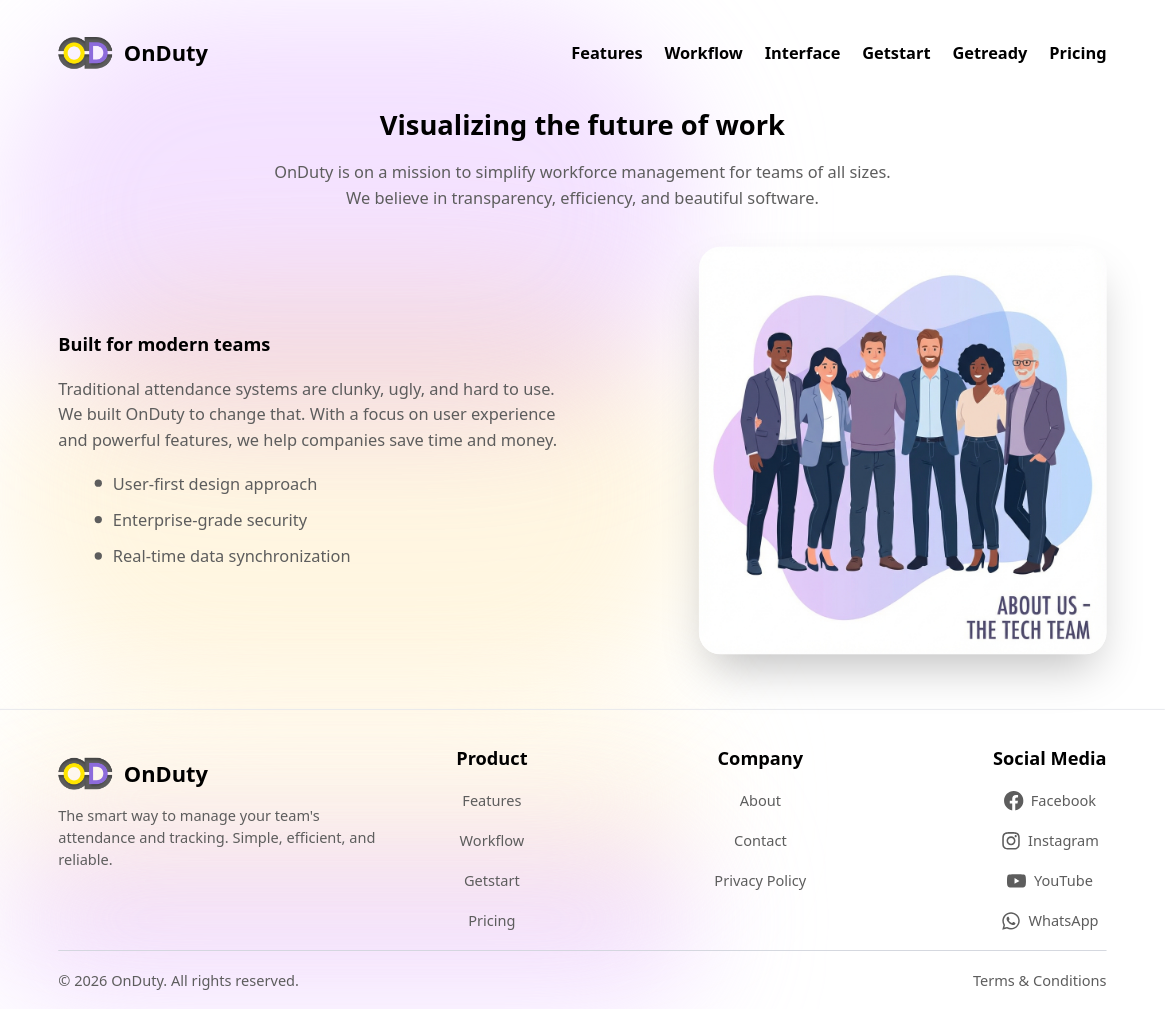
Repository: shekharzorin/ONDUTY-V1
Page: /about
These files come from the project's save history. The page is drawn as it stood at one moment and after the next save; the edit follows.
The browser window is 1280 px wide. The pictures show the whole page, at 91% of full size.
The project was rebuilt for these pictures with package versions that can differ from the ones it lists, and the page was loaded fresh each time. The framework's server and built-in components were replaced by stand-ins that run in the browser. Also part of the build but not shown: next.config.mjs, vite.config.js, app/components/ui/Crossicon.tsx.

Above is the page before, as saved 2026-01-17 16:56:23.

After the next save:
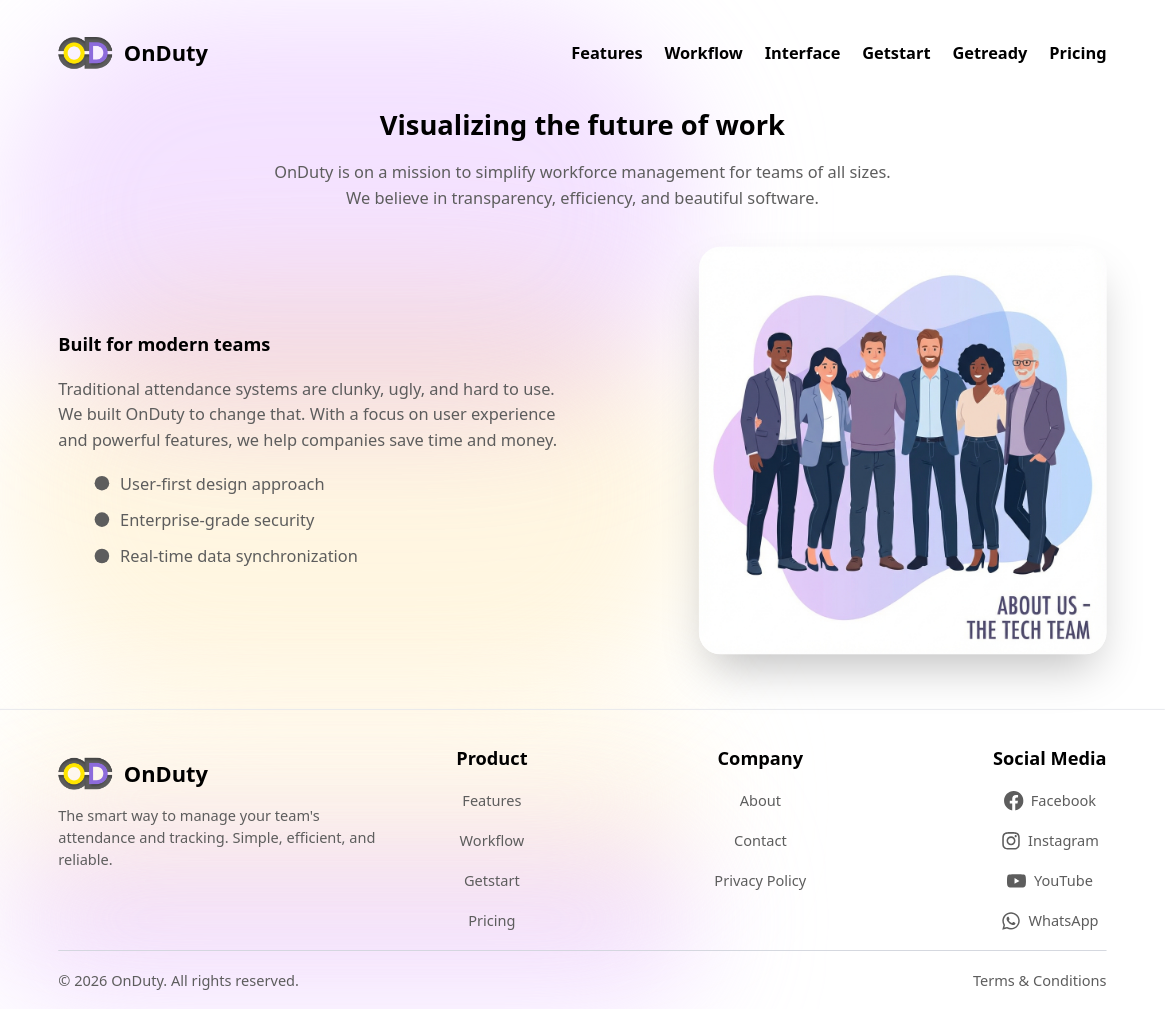
Saved 45 s later.
--- a/app/components/sections/about.tsx
+++ b/app/components/sections/about.tsx
@@ -35,17 +35,17 @@ const About = () => {
             <div className="flex items-center justify-center lg:justify-start lg:pl-10">
               <ul className="space-y-3 flex flex-col items-start justify-center md:text-lg text-(--color-gray)">
                 <li className="flex items-center gap-3">
-                  <span className="w-2 h-2 rounded-full bg-(--color-gray)"></span>
+                  <span className="w-4 h-4 rounded-full bg-(--color-gray)"></span>
                   <span>User-first design approach</span>
                 </li>
 
                 <li className="flex items-center gap-3">
-                  <span className="w-2 h-2 rounded-full bg-(--color-gray)"></span>
+                  <span className="w-4 h-4 rounded-full bg-(--color-gray)"></span>
                   <span>Enterprise-grade security</span>
                 </li>
 
                 <li className="flex items-center gap-3">
-                  <span className="w-2 h-2 rounded-full bg-(--color-gray)"></span>
+                  <span className="w-4 h-4 rounded-full bg-(--color-gray)"></span>
                   <span>Real-time data synchronization</span>
                 </li>
               </ul>
